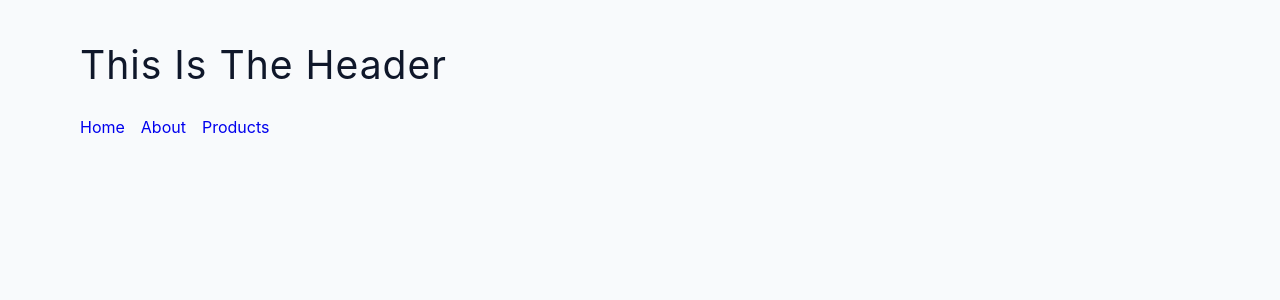
Repository: kennedyowusu/react-router-tutorial
Page: /
The author's editor kept a copy of each file at every save. The page is drawn from the files as they stood at one save, then again after the next save.
The browser window is 1280 px wide. The pictures show the whole page.
The project was rebuilt for these pictures with package versions that can differ from the ones it lists, and the page was loaded fresh each time. Also part of the build but not shown: src/pages/About.js, src/pages/Products.js, src/pages/Error.js.

Above is the page before, as saved 2022-12-27 15:49:19.

### src/App.js
import { BrowserRouter, Routes, Route } from "react-router-dom";
import Home from "./pages/Home";
import About from "./pages/About";
import Products from "./pages/Products";
import Error from "./pages/Error";

function App() {
  return (
    <BrowserRouter>
      <Routes>

        <Route path="/" element={<Home />}>
          <Route path="about" element={<About />} />
          <Route path="products" element={<Products />} />
          <Route path="*" element={<Error />} />
        </Route>

      </Routes>
    </BrowserRouter>
  );
}

export default App;

### src/pages/Home.js
import { Outlet } from 'react-router-dom';
import Header from '../components/Header';
import Navbar from '../components/Navbar';

const Home = () => {
  return (
    <>
      <section className='section'>
      <Header />
      <Navbar />
      <Outlet />
    </section>
    </>
  );
};
export default Home;

### src/components/Header.js
import React from 'react'

const Header = () => {
  return (
    <header>
      <h2>This is the header</h2>
    </header>
  )
}

export default Header

### src/components/Navbar.js
import React from 'react'
import { Link } from 'react-router-dom'

const Navbar = () => {
  return (
    <nav className='navbar'>
     <Link to='/'>Home</Link>
     <Link to='/about'>About</Link>
     <Link to='/products'>Products</Link>
    </nav>
  )
}

export default Navbar

### src/components/Footer.js
import React from 'react'

const Footer = () => {
  return (
    <footer>
     <h2>
      Copyright &copy; 2022
      </h2>
    </footer>
  )
}

export default Footer

Loaded but not shown: public/index.html (common file); src/index.js (common file); src/index.css (common file)

After the next save:
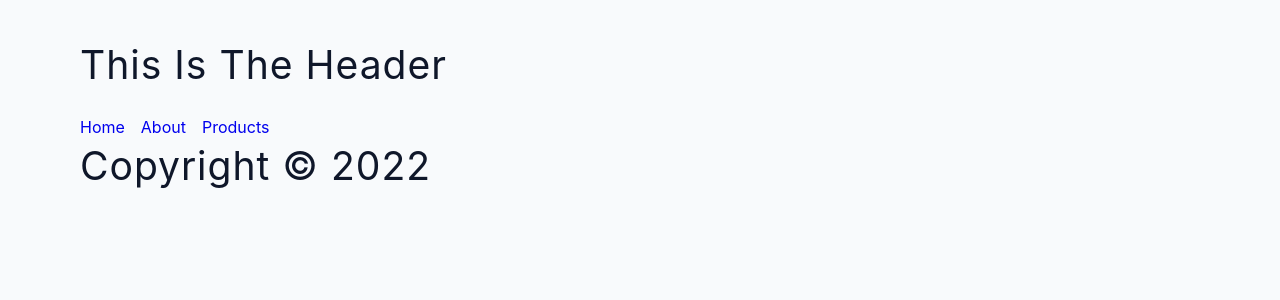
Saved 17 s later.
--- a/src/pages/Home.js
+++ b/src/pages/Home.js
@@ -1,6 +1,7 @@
 import { Outlet } from 'react-router-dom';
 import Header from '../components/Header';
 import Navbar from '../components/Navbar';
+import Footer from '../components/Footer';
 
 const Home = () => {
   return (
@@ -8,7 +9,8 @@ const Home = () => {
       <section className='section'>
       <Header />
       <Navbar />
-      <Outlet />
+        <Outlet />
+      <Footer />
     </section>
     </>
   );
